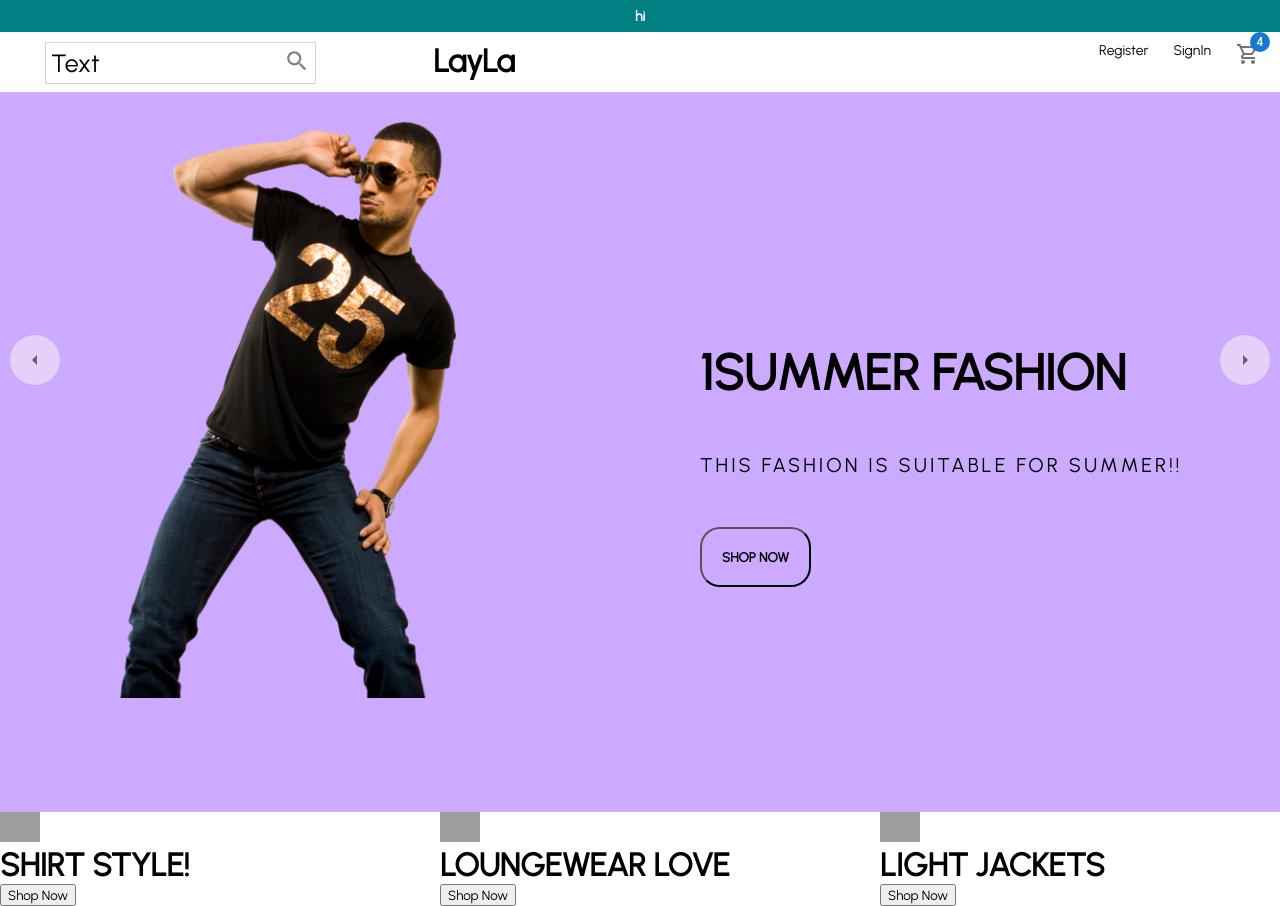
Repository: WaiMaungMaung/React_Ecom
Page: /
These files come from the project's save history. The page is drawn as it stood at one moment and after the next save; the edit follows.
The browser window is 1280 px wide. The pictures show the whole page.
Pictures or frames that could not be fetched are drawn as grey boxes. The project was rebuilt for these pictures with package versions that can differ from the ones it lists, and the page was loaded fresh each time.

Above is the page before, as saved 2022-05-06 16:32:25.

After the next save:
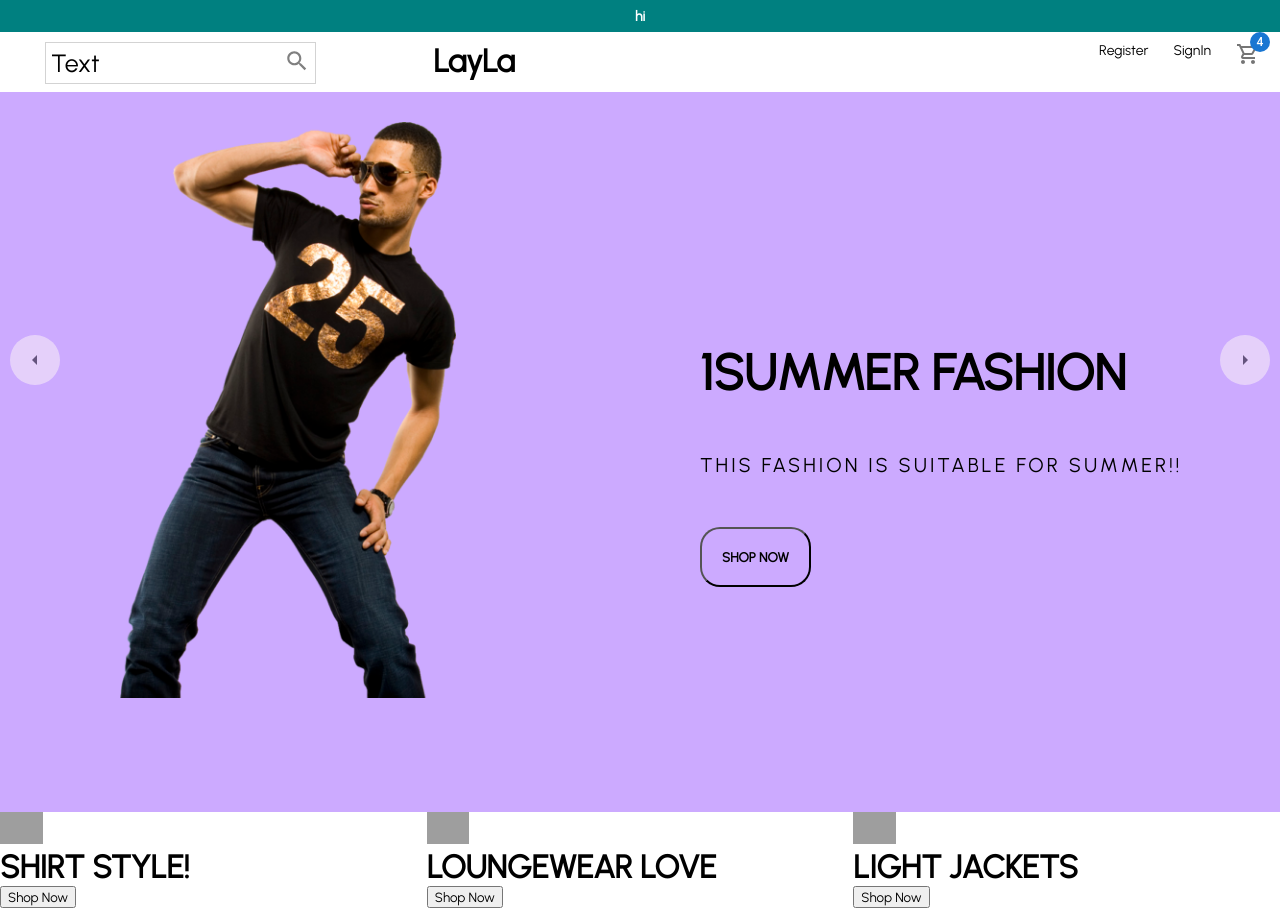
Saved 7 s later.
--- a/src/components/CategoriesItem.jsx
+++ b/src/components/CategoriesItem.jsx
@@ -1,7 +1,9 @@
 import styled from "@emotion/styled";
 import React from "react";
 
-const Container = styled.div``;
+const Container = styled.div`
+  flex: 2;
+`;
 const Image = styled.img`
   width: 10%;
 `;
